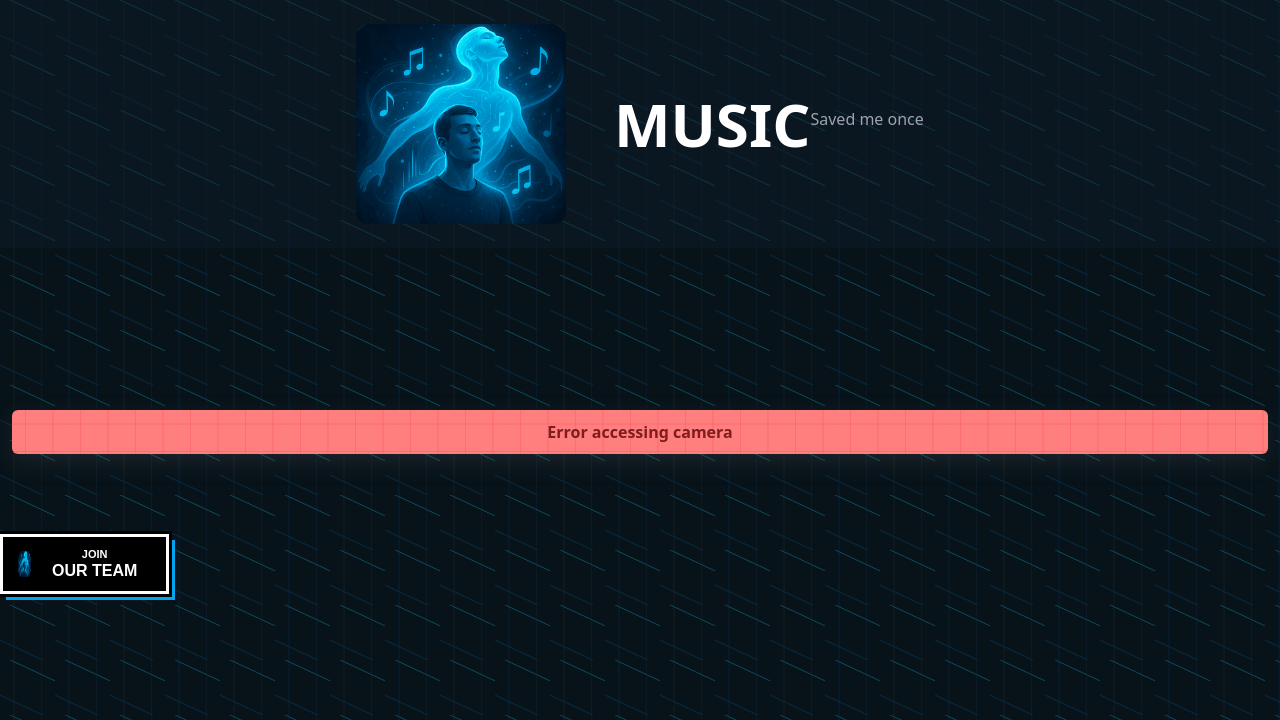
Repository: ItsMe-Pal/something
Page: index.html
An editor plug-in stored every save of this project. The page is shown before and after the next save, followed by the edit.
The browser window is 1280 px wide. The pictures show the whole page.
The style sheet was rebuilt from its Sass, Less or Tailwind sources for each picture, by a compiler version that may differ from the author's.

Above is the page before, as saved 2025-06-22 20:46:33.

### index.html
<!DOCTYPE html>
<html lang="en">
<head>
    <meta charset="UTF-8">
    <meta name="viewport" content="width=device-width, initial-scale=1.0">
    <title></title>

    <link rel="stylesheet" href="/manifest.json">

    <script src="https://cdn.jsdelivr.net/npm/@tailwindcss/browser@4"></script>
    <script src="https://code.jquery.com/jquery-3.7.1.js" integrity="sha256-eKhayi8LEQwp4NKxN+CfCh+3qOVUtJn3QNZ0TciWLP4=" crossorigin="anonymous"></script>
    <script src="https://cdn.jsdelivr.net/npm/@tensorflow/tfjs@latest"> </script>


    <link rel="stylesheet" href="/styles/main.css">


</head>
<body>
    <div id="bg">

        <div class="relative flex gap-[2%] flex-wrap content-start">
            <div class="w-full h-[5%]">


                    <header style="background-color: #0f1e2973;">
                        <nav class="flex-wrap mx-auto flex max-w-7xl items-center justify-center gap-12 p-6 lg:px-8" aria-label="Global">
                        <div>

                            <img class="h-50 w-auto rounded-xl" src="/imgs/icons/icon-512x512.png" alt="" />
                            </div>



                        <div class="flex">
                            <span class="word1">MUSIC</span>
                            <p class="word2">Saved me once</p>
                        </div>
                        </nav>

                    </header>
            </div>
            <div class="m-3 mb-20 grow h-3/4 video-main">
                <video id="video" autoplay playsinline></video>

            </div>






            <div class="w-full h-[5%] ">
                <button class="brutalist-button">
                    <div class="-logo">
                        <img class="-logo-icon" src="/imgs/icons/icon-512x512.png" alt="">
                    </div>
                    <div class="button-text">
                        <a href="http://">
                            <span>Join</span>
                            <span>Our team</span>
                        </a>
                    </div>
                </button>

            </div>
        </div>

    </div>
    <script type="module" src="/src/main.js"></script>




</body>
</html>

### styles/main.scss
@use "./customs.scss";
@use "./components.scss";


#bg {
    position: relative;
    width: 100%;
    height: 100vh;
    --color: #001f3fe8;
    background-color: rgb(1 6 10);
    background-image: linear-gradient(205deg, transparent 24%, var(--color) 25%, #0e7e87 26%, transparent 27%, transparent 74%, rgba(0, 58, 86, 0.9098039216) 75%, var(--color) 76%, transparent 77%, transparent), linear-gradient(90deg, transparent 24%, var(--color) 25%, rgba(27, 26, 17, 0.9098039216) 26%, transparent 27%, transparent 74%, rgba(19, 18, 19, 0.9098039216) 75%, var(--color) 76%, transparent 77%, transparent);
    background-size: 55px 55px;
  }
#bg:before {
    content: "";
    position: absolute;
    left: 0;
    top: 0;
    width: 100%;
    background-color: #0f1e2980;
    height: 100%;
}
  .word1 {
    font-size: 3.75rem;
    line-height: 1;
    font-weight: 700;
    color: #fff
  }
  .word2 {
    margin-top: 0.75rem;
    margin-bottom: 0.75rem;
    line-height: 1.625;
    color: rgba(156, 163, 175, 1);
  }



.brutalist-button {
    display: flex;
    align-items: center;
    cursor: pointer;
    width: 169px;
    height: 60px;
    background-color: #000;
    color: #fff;
    text-decoration: none;
    font-family: Arial, sans-serif;
    font-weight: bold;
    border: 3px solid #fff;
    outline: 3px solid #000;
    box-shadow: 6px 6px 0 #00a4ef;
    transition: all 0.1s ease-out;
    padding: 0 15px;
    box-sizing: border-box;
    position: relative;
    overflow: hidden;
  }

  .brutalist-button::before {
    content: "";
    position: absolute;
    top: 0;
    left: -100%;
    width: 100%;
    height: 100%;
    background: linear-gradient(
      90deg,
      transparent,
      rgba(255, 255, 255, 0.8),
      transparent
    );
    z-index: 1;
    transition: none;
    /* Initially hide the pseudo-element */
    opacity: 0;
  }

  @keyframes slide {
    0% {
      left: -100%;
    }
    100% {
      left: 100%;
    }
  }

  .brutalist-button:hover::before {
    /* Show the pseudo-element on hover */
    opacity: 1;
    animation: slide 2s infinite;
  }

  .brutalist-button:hover {
    transform: translate(-4px, -4px);
    box-shadow: 10px 10px 0 #000;
    background-color: #000;
    color: #fff;
  }

  @keyframes slide {
    0% {
      left: -100%;
    }
    100% {
      left: 100%;
    }
  }

  .brutalist-button:active {
    transform: translate(4px, 4px);
    box-shadow: 0px 0px 0 #00a4ef;
    background-color: #fff;
    color: #000;
    border-color: #000;
  }

  /* Rest of the CSS remains the same */

  .-logo {
    display: grid;
    grid-template-columns: repeat(2, 1fr);
    gap: 1px;
    width: 26px;
    height: 26px;
    margin-right: 8px;
    flex-shrink: 0;
    transition: transform 0.2s ease-out;
    position: relative;
    z-index: 1;
  }

  .brutalist-button:hover .-logo {
    transform: rotate(-10deg) scale(1.1);
  }

  .brutalist-button:active .-logo {
    transform: rotate(10deg) scale(0.9);
  }

  .-logo-icon {
    border-radius: 30%;
    width: 100%;
    height: 100%;
  }


  .button-text {
    display: flex;
    flex-direction: column;
    line-height: 1.2;
    transition: transform 0.2s ease-out;
    position: relative;
    z-index: 1;
  }

  .brutalist-button:hover .button-text {
    transform: skew(-5deg);
  }

  .brutalist-button:active .button-text {
    transform: skew(5deg);
  }

  .button-text span:first-child {
    font-size: 11px;
    text-transform: uppercase;
    display: block;
  }

  .button-text span:last-child {
    font-size: 16px;
    text-transform: uppercase;
  }

### styles/components.scss
/* From Uiverse.io by xerith_8140 */
/* Notification container */

.notification-container {
    /* Position top left */

    /* position: fixed;
        top: 2%;
        left: 2%;
        z-index: 1000;
        max-width: 80%; */

    --content-color: black;
    --background-color: #f3f3f3;
    --font-size-content: 0.75em;
    --icon-size: 1em;

    max-width: 80%;
    display: flex;
    flex-direction: column;
    gap: 0.5em;
    list-style-type: none;
    font-family: sans-serif;
    color: var(--content-color);
  }

  /* Notification Item */

  .notification-item {

    position: relative;
    display: flex;
    justify-content: center;
    align-items: center;
    flex-direction: row;
    gap: 1em;
    overflow: hidden;
    padding: 10px 15px;
    border-radius: 6px;
    box-shadow: rgba(111, 111, 111, 0.2) 0px 8px 24px;
    background-color: var(--background-color);
    transition: all 250ms ease;

    /* Background Pattern */

    --grid-color: rgba(225, 225, 225, 0.7);
    background-image: linear-gradient(
        0deg,
        transparent 23%,
        var(--grid-color) 24%,
        var(--grid-color) 25%,
        transparent 26%,
        transparent 73%,
        var(--grid-color) 74%,
        var(--grid-color) 75%,
        transparent 76%,
        transparent
      ),
      linear-gradient(
        90deg,
        transparent 23%,
        var(--grid-color) 24%,
        var(--grid-color) 25%,
        transparent 26%,
        transparent 73%,
        var(--grid-color) 74%,
        var(--grid-color) 75%,
        transparent 76%,
        transparent
      );
    background-size: 55px 55px;
  }

  .notification-item svg {
    transition: 250ms ease;
  }

  .notification-item:hover {
    transform: scale(1.01);
  }

  .notification-item:active {
    transform: scale(1.05);
  }

  .notification-item .notification-close:hover {
    background-color: rgba(204, 204, 204, 0.45);
  }

  .notification-item .notification-close:hover svg {
    color: rgb(0, 0, 0);
  }

  .notification-item .notification-close:active svg {
    transform: scale(1.1);
  }

  /* Notification Icons */

  .notification-item .notification-close {
    padding: 2px;
    border-radius: 5px;
    transition: all 250ms;
  }

  .notification-container svg {
    width: var(--icon-size);
    height: var(--icon-size);
    color: var(--content-color);
  }

  .notification-icon {
    display: flex;
    align-items: center;
  }

  /* Success */

  .success {
    color: #047857;
    background-color: #7dffbc;
    --grid-color: rgba(16, 185, 129, 0.25);
    background-image: linear-gradient(
        0deg,
        transparent 23%,
        var(--grid-color) 24%,
        var(--grid-color) 25%,
        transparent 26%,
        transparent 73%,
        var(--grid-color) 74%,
        var(--grid-color) 75%,
        transparent 76%,
        transparent
      ),
      linear-gradient(
        90deg,
        transparent 23%,
        var(--grid-color) 24%,
        var(--grid-color) 25%,
        transparent 26%,
        transparent 73%,
        var(--grid-color) 74%,
        var(--grid-color) 75%,
        transparent 76%,
        transparent
      );
  }

  .success svg {
    color: #047857;
  }

  .success .notification-progress-bar {
    background-color: #047857;
  }

  .success:hover {
    background-color: #5bffaa;
  }

  /* Info */

  .info {
    color: #1e3a8a;
    background-color: #7eb8ff;
    --grid-color: rgba(59, 131, 246, 0.25);
    background-image: linear-gradient(
        0deg,
        transparent 23%,
        var(--grid-color) 24%,
        var(--grid-color) 25%,
        transparent 26%,
        transparent 73%,
        var(--grid-color) 74%,
        var(--grid-color) 75%,
        transparent 76%,
        transparent
      ),
      linear-gradient(
        90deg,
        transparent 23%,
        var(--grid-color) 24%,
        var(--grid-color) 25%,
        transparent 26%,
        transparent 73%,
        var(--grid-color) 74%,
        var(--grid-color) 75%,
        transparent 76%,
        transparent
      );
  }

  .info svg {
    color: #1e3a8a;
  }

  .info .notification-progress-bar {
    background-color: #1e3a8a;
  }

  .info:hover {
    background-color: #5ba5ff;
  }

  /* Warning */

  .warning {
    color: #78350f;
    background-color: #ffe57e;
    --grid-color: rgba(245, 159, 11, 0.25);
    background-image: linear-gradient(
        0deg,
        transparent 23%,
        var(--grid-color) 24%,
        var(--grid-color) 25%,
        transparent 26%,
        transparent 73%,
        var(--grid-color) 74%,
        var(--grid-color) 75%,
        transparent 76%,
        transparent
      ),
      linear-gradient(
        90deg,
        transparent 23%,
        var(--grid-color) 24%,
        var(--grid-color) 25%,
        transparent 26%,
        transparent 73%,
        var(--grid-color) 74%,
        var(--grid-color) 75%,
        transparent 76%,
        transparent
      );
  }

  .warning svg {
    color: #78350f;
  }

  .warning .notification-progress-bar {
    background-color: #78350f;
  }

  .warning:hover {
    background-color: #ffde59;
  }

  /* Error */

  .error {
    color: #7f1d1d;
    background-color: #ff7e7e;
    --grid-color: rgba(239, 68, 68, 0.25);
    background-image: linear-gradient(
        0deg,
        transparent 23%,
        var(--grid-color) 24%,
        var(--grid-color) 25%,
        transparent 26%,
        transparent 73%,
        var(--grid-color) 74%,
        var(--grid-color) 75%,
        transparent 76%,
        transparent
      ),
      linear-gradient(
        90deg,
        transparent 23%,
        var(--grid-color) 24%,
        var(--grid-color) 25%,
        transparent 26%,
        transparent 73%,
        var(--grid-color) 74%,
        var(--grid-color) 75%,
        transparent 76%,
        transparent
      );
  }

  .error svg {
    color: #7f1d1d;
  }

  .error .notification-progress-bar {
    background-color: #7f1d1d;
  }

  .error:hover {
    background-color: #ff5f5f;
  }

  /* Notification content */

  .notification-content {
    font-weight: bold;

    display: flex;
    justify-content: flex-start;
    align-items: center;
    gap: 0.5em;
  }

  .notification-text {
    font-size: var(--font-size-content);
    user-select: none;
  }

  .notification-close {
    cursor: pointer;
  }

  /* Notification progress bar */

  .notification-progress-bar {
    position: absolute;
    bottom: 0;
    left: 0;
    height: 1px;
    background: var(--content-color);
    width: 100%;
    transform: translateX(100%);

    /* Remove the infinite property for your website */

    animation: progressBar 5s linear forwards infinite;
  }

  /* progressBar Animation */

  @keyframes progressBar {
    0% {
      transform: translateX(0);
    }

    100% {
      transform: translateX(-100%);
    }
  }

Loaded but not shown: manifest.json (58 lines, source omitted); src/components.js (94 lines, source omitted); src/main.js (30 lines, source omitted); styles/customs.scss (792 lines, source omitted)

After the next save:
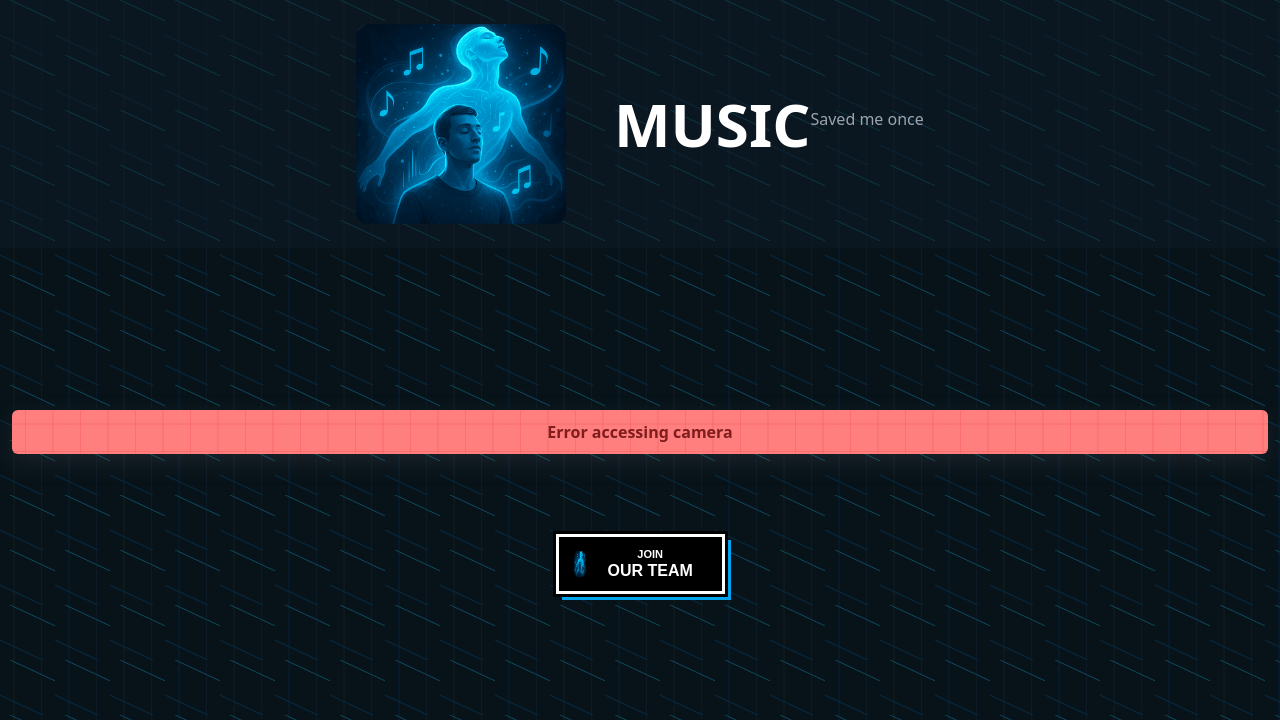
Saved 29 s later.
--- a/index.html
+++ b/index.html
@@ -51,7 +51,7 @@
 
 
             <div class="w-full h-[5%] ">
-                <button class="brutalist-button">
+                <button class="brutalist-button m-auto">
                     <div class="-logo">
                         <img class="-logo-icon" src="/imgs/icons/icon-512x512.png" alt="">
                     </div>
